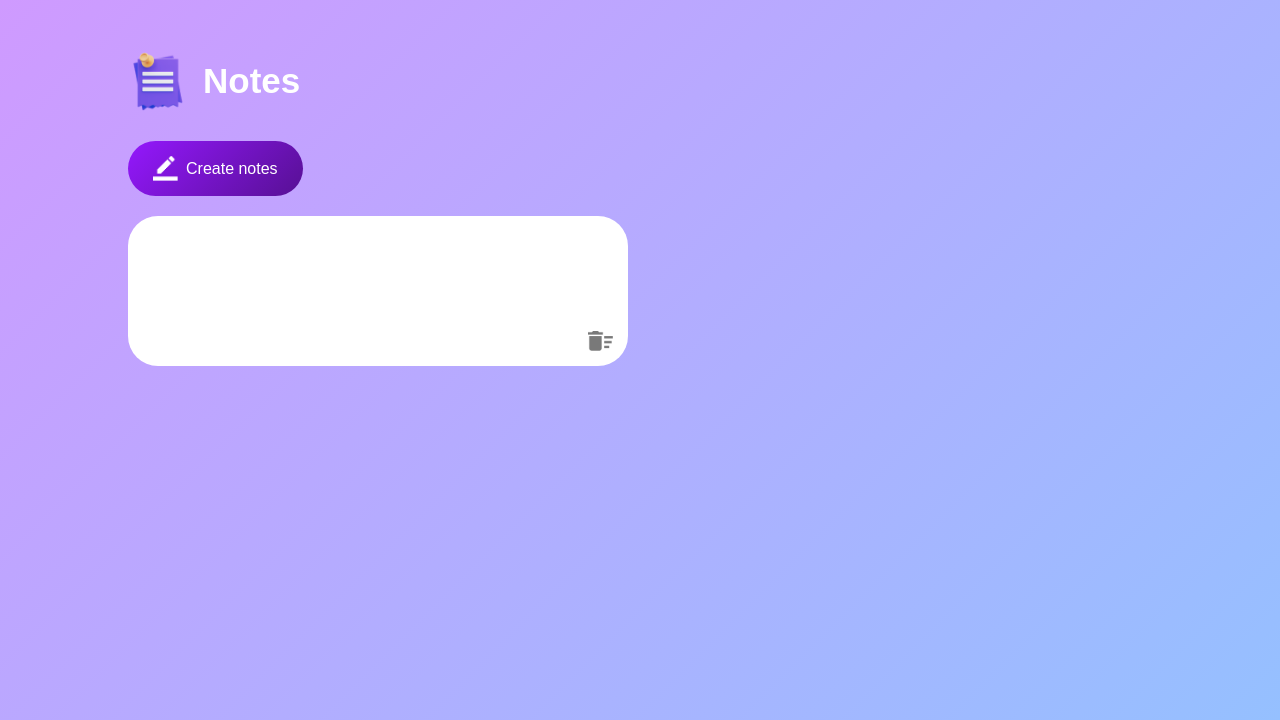
Repository: gaphappy55/notes-app
Page: index.html
An editor plug-in stored every save of this project. The page is shown before and after the next save, followed by the edit.
The browser window is 1280 px wide. The pictures show the whole page.

Above is the page before, as saved 2025-11-22 23:02:51.

After the next save:
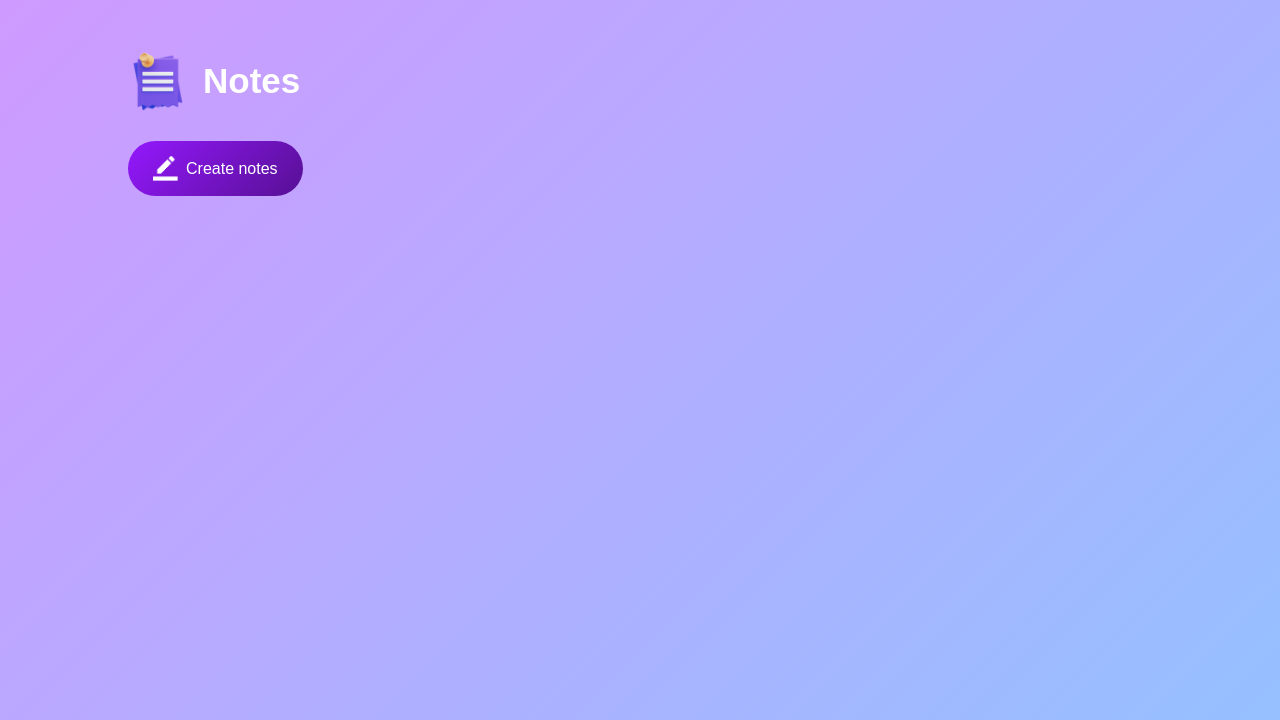
Saved 40 s later.
--- a/index.html
+++ b/index.html
@@ -11,9 +11,9 @@
             <h1><img src = "images/notes.png"> Notes</h1>
             <button><img src = "images/edit.png"> Create notes</button>
             <div class="notes-container">
-                <p contenteditable="true" class="input-box">
+                <!-- <p contenteditable="true" class="input-box">
                     <img src="images/delete.png">
-                </p>
+                </p> -->
             </div>
         </div>
 
